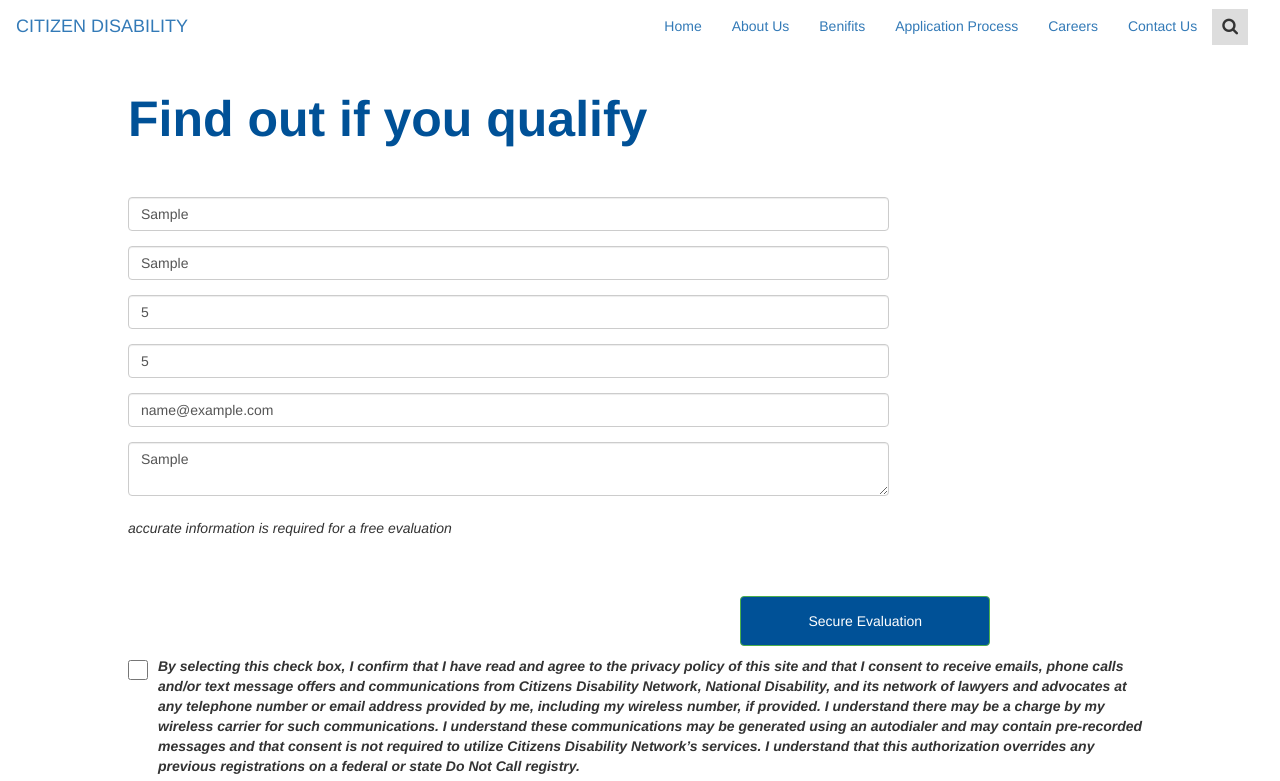
Repository: welcome0605/Embed-html-integrate-with-API
Page: Home1.html
An editor plug-in stored every save of this project. The page is shown before and after the next save, followed by the edit.
The browser window is 1280 px wide. The pictures show the whole page.
Empty fields were first filled with sample values (such as "Sample", 5 or name@example.com).
After loading, the first visible `input.btn_sub` was clicked once.

Above is the page before, as saved 2019-05-04 06:38:17.
Console error: SyntaxError: Unexpected token ';'

### Home1.html
<!DOCTYPE html>
<html lang="en">
<head>
  <title>CITIZEN DISABILITY</title>
  <meta charset="utf-8">
  <meta name="viewport" content="width=device-width, initial-scale=1">
  <link rel="stylesheet" href="https://maxcdn.bootstrapcdn.com/bootstrap/3.4.0/css/bootstrap.min.css">
  <script src="https://ajax.googleapis.com/ajax/libs/jquery/3.3.1/jquery.min.js"></script>
  <script src="https://maxcdn.bootstrapcdn.com/bootstrap/3.4.0/js/bootstrap.min.js"></script>
  <link rel = "stylesheet" type = "text/css" href = "./css/base1.css" />
  <link rel="stylesheet" href="https://cdnjs.cloudflare.com/ajax/libs/font-awesome/4.7.0/css/font-awesome.min.css">
  <script type="text/javascript">
    var apiUrl = "";
    // console.log( localStorage.getItem("dqq"));
    flagCount = 0;
    flag = true;
    var firstname, lastname, zip, ph1, age, email;
    var ip="";
    function firstNameChange() {
        firstname = document.getElementById('firstName').value;
        validCount = firstname.length;
        // console.log(validCount);
        if(validCount == 0) {
            $('.alert_req1').css("display","block");
            flag = true;
        }
        else {
            $('.alert_req1').css("display","none");
            flag = false;
        }
    }

    function lastNameChange() {
        lastname = document.getElementById('lastName').value;
        validCount = lastname.length;
        // console.log(validCount);
        if(validCount == 0) {
            $('.alert_req2').css("display","block");
            flag = true;
        }
        else {
            $('.alert_req2').css("display","none");
            flag = false;
        }
    }

    function zipNameChange() {
        zip = document.getElementById('zipName').value;
        validCount = zip.length;
        // console.log(validCount);
        if(validCount == 0 || validCount > 5) {
            $('.alert_req6').css("display","block");
            flag = true;
        }
        else {
            $('.alert_req6').css("display","none");
            flag = false;
        }
    }

    function phoneNameChange() {
        ph1 = document.getElementById('phoneName').value;
        validCount = ph1.length;
        // console.log(validCount);
        if(validCount == 0 || validCount != 10) {
            $('.alert_req7').css("display","block");
            flag = true;
        }
        else {
            $('.alert_req7').css("display","none");
            flag = false;
        }
    }

    function emailNameChange() {
        email = document.getElementById('emailName').value;
        validCount = email.length;
        const expression = /(?!.*\.{2})^([a-z\d!#$%&'*+\-\/=?^_`{|}~\u00A0-\uD7FF\uF900-\uFDCF\uFDF0-\uFFEF]+(\.[a-z\d!#$%&'*+\-\/=?^_`{|}~\u00A0-\uD7FF\uF900-\uFDCF\uFDF0-\uFFEF]+)*|"((([ \t]*\r\n)?[ \t]+)?([\x01-\x08\x0b\x0c\x0e-\x1f\x7f\x21\x23-\x5b\x5d-\x7e\u00A0-\uD7FF\uF900-\uFDCF\uFDF0-\uFFEF]|\\[\x01-\x09\x0b\x0c\x0d-\x7f\u00A0-\uD7FF\uF900-\uFDCF\uFDF0-\uFFEF]))*(([ \t]*\r\n)?[ \t]+)?")@(([a-z\d\u00A0-\uD7FF\uF900-\uFDCF\uFDF0-\uFFEF]|[a-z\d\u00A0-\uD7FF\uF900-\uFDCF\uFDF0-\uFFEF][a-z\d\-._~\u00A0-\uD7FF\uF900-\uFDCF\uFDF0-\uFFEF]*[a-z\d\u00A0-\uD7FF\uF900-\uFDCF\uFDF0-\uFFEF])\.)+([a-z\u00A0-\uD7FF\uF900-\uFDCF\uFDF0-\uFFEF]|[a-z\u00A0-\uD7FF\uF900-\uFDCF\uFDF0-\uFFEF][a-z\d\-._~\u00A0-\uD7FF\uF900-\uFDCF\uFDF0-\uFFEF]*[a-z\u00A0-\uD7FF\uF900-\uFDCF\uFDF0-\uFFEF])\.?$/i;
        // console.log(expression.test(String(document.getElementById('emailName').value).toLowerCase()));
        if(validCount == 0 || expression.test(String(document.getElementById('emailName').value).toLowerCase()) == false) {
            $('.alert_req8').css("display","block");
            flag = true;
        }
        else {
            $('.alert_req8').css("display","none");
            flag = false;
        }
    }

    function descNameChange() {

    }

    function uuidv4() {
        return ([1e7]+-1e3+-4e3+-8e3+-1e11).replace(/[018]/g, c =>
            (c ^ crypto.getRandomValues(new Uint8Array(1))[0] & 15 >> c / 4).toString(16)
        )
    }

    function submit_to() {

        ad_querystring = window.location.search.substring(1);
        url = window.location.href.split('?')[0];
        mktrefid = uuidv4();
        var params = {}, queries, temp;
        queries = ad_querystring.split("&");
        for ( i = 0; i < queries.length; i++ ) {
            temp = queries[i].split('=');
            params[temp[0]] = temp[1];
        }


        firstNameChange();
        lastNameChange();
        zipNameChange();
        phoneNameChange();
        emailNameChange();
        // flagCount = 0;
        // if(flag = true) alert("ok");
        if(document.getElementById('f_chk').checked && flag == false) {
            // console.log(firstname, lastname, zip, ph1, email);
            // console.log("firstname : ",firstname);
            // console.log("lastname : ", lastname);
            // console.log("zipcode : ", zip);
            // console.log("ph1 : ", ph1);
            // console.log("email : ", email);
            // console.log(params);
            // console.log("url : ",url);
            // console.log("uuid : ", mktrefid);
            // console.log("describe : ", document.getElementById('descName').value);
            disdesc = document.getElementById('descName').value;
            $.getJSON('http://ipinfo.io', function(data){
                // console.log("ip : ", data.ip);
            });
            var dataTo = {
                mktrefid: mktrefid,
                // source: params['fsource'],
                firstname: this.firstname,
                lastname: this.lastname,
                email: email,
                disposition: "CPD",
                disdesc;
                dqq: "",
                zip: zip,
                ph1: ph1
                // age:
            }
            // data.push(params);

            // dataTo = Object.assign(params);
            $.extend(dataTo, params);
            console.log(dataTo);
    //         "mktrefid": "3bf26586-3fc9-46d7-9abf-2cf89208f6ba",
    // "source": "a0l30000003Kb7G",
    // "firstname": "Steve",
    // "lastname": "Test",
    // "zip": "02451",
    // "ph1": "7817958683",
    // "age": "54",
    // "email": "sweaver@citizensdisability.com",
    // "disposition": "CPD",
    // "dqq": "",
    // "wls": "Citizens-new-form",
    // "disdesc","I have pain and I can not work",
    // "consent","By selecting this check box, I confirm that I have read and agree to the privacy policy of this site and that I consent to receive emails, phone calls and/or text message offers and communications from Citizens Disability Network, National Disability, and its network of lawyers and advocates at any telephone number or email address provided by me, including my wireless number, if provided. I understand there may be a charge by my wireless carrier for such communications. I understand these communications may be generated using an autodialer and may contain pre-recorded messages and that consent is not required to utilize Citizens Disability Network's services. I understand that this authorization overrides any previous registrations on a federal or state Do Not Call registry.",
    // "ip":"127.0.0.1",
    // "url":"https://www.citizensdisability.com/new-form",
    // "utm_campaign":"168",
    // "utm_content":"3352",
    // "utm_medium":"cpc",
    // "utm_source":"google",
    // "utm_term":"disability benefits",
    // "ad_querystring":"fsource=a0l30000003Kb7G&utm_source=google&utm_medium=cpc&utm_campaign=168&utm_term=disability benefits&utm_content=3352&position=none&st-t=googleppc&gclid=EAIaIQobChMIvp-Sx7z14QIVQrHVCh0EAAstEAEYASAAEgK6oPD_BAE",
    // "ad_group":"SSDI Help",
    // "ad_keywords":"DISPLAY NETWORK",
    // "ad_keywords_match_type":"PHRASE",
    // "conversion_page":"/social-security-disability-income-benefits/c-form_confirmation.html",
    // "gclid":"EAIaIQobChMIvp-Sx7z14QIVQrHVCh0EAAstEAEYASAAEgK6oPD_BAE",
    // "serp_position":"none",
    // "oppid":"12"
            // console.log(data);
            if(localStorage.getItem("dqq") == "") {
                apiUrl = "https://api.citizensdisability.com/op/lead";

            }
            else {
                apiUrl = "https://api.citizensdisability.com/lead";
            }

            // window.location.href="Home2.html";
        }
    }
  </script>

</head>
<body>

<nav class="navbar navbar-info">
  <div class="container-fluid">
    <div class="navbar-header">
      <a class="navbar-brand" href="Home.html">CITIZEN DISABILITY</a>
    </div>
    <ul class="nav navbar-nav div_right">
      <li class="active"><a href="Home.html">Home</a></li>
      <li><a href="About Us.html">About Us</a></li>
      <li><a href="Benifits.html">Benifits</a></li>
      <li><a href="Application Process.html">Application Process</a></li>
      <li><a href="Careers.html">Careers</a></li>
      <li><a href="Contact Us.html">Contact Us</a></li>
      <!-- <input type="text" placeholder="Search.." name="search"> -->
      <button type="button"><i class="fa fa-search"></i></button>
    </ul>
  </div>
</nav>

<div class="container">
  <!-- <h3>Basic Navbar Example1</h3>
  <p>A navigation bar is a navigation header that is placed at the top of the page.</p> -->
  <form method="POST">
    <!-- <div class="div_entire"> -->
      <input type="hidden" name="dqq" value="dqq">
      <input type="hidden" name="dqq" value="dqq">
      <input type="hidden" name="dqq" value="dqq">
      <input type="hidden" name="dqq" value="dqq">
      <input type="hidden" name="dqq" value="dqq">
      <input type="hidden" name="dqq" value="dqq">
      <input type="hidden" name="dqq" value="dqq">
      <input type="hidden" name="dqq" value="dqq">
      <input type="hidden" name="dqq" value="dqq">
      <input type="hidden" name="dqq" value="dqq">

      <div class="row"><h2 class="title">Find out if you qualify</h2></div>

      <div class="row second_input" >
        <div class="row form-group">
            <div class="col-md-9">
                <input type="text" class="form-control" id="firstName" placeholder="First Name" onkeyup="firstNameChange()">
            </div>
        </div>
        <div class="row alert_req1">
          <div class=" "></div>
          <div class="alert alert-warning col-md-5 alert1 ">
            This field is required.
          </div>
        </div>
      </div>


      <div class="row second_input" >
        <div class="row form-group">
            <div class="col-md-9">
                <input type="text" class="form-control" id="lastName"  placeholder="Last Name" onkeyup="lastNameChange()">
            </div>
        </div>
        <div class="row alert_req2">
          <div class=" "></div>
          <div class="alert alert-warning col-md-5 alert2">
            This field is required.
          </div>
        </div>
      </div>

      <!-- <div class="row second_input addr" >
        <div class="row form-group">
            <div class="col-md-9">
                <input type="text" class="form-control" id="addrName"  placeholder="Address"  onkeyup="addrNameChange()">
            </div>
        </div>
        <div class="row alert_req3">
            <div class=" "></div>
            <div class="alert alert-warning col-md-5 alert3">
            This field is required.
            </div>
        </div>
      </div>

      <div class="row second_input addr" >
        <div class="row form-group">
            <div class="col-md-9">
                <input type="text" class="form-control" id="cityName"  placeholder="City"  onkeyup="cityNameChange()">
            </div>
        </div>
        <div class="row alert_req4">
            <div class=" "></div>
            <div class="alert alert-warning col-md-5 alert4">
            This field is required.
            </div>
        </div>
      </div>
      <div class="row second_input addr" >
        <div class="row form-group">
            <div class="col-md-9">
                <input type="text" class="form-control" id="stateName"  placeholder="State"  onkeyup="stateNameChange()">
            </div>
        </div>
        <div class="row alert_req5">
            <div class=" "></div>
            <div class="alert alert-warning col-md-5 alert5">
            This field is required.
            </div>
        </div>
      </div> -->

      <div class="row second_input" >
        <div class="row form-group">
            <div class="col-md-9">
                <input type="number" class="form-control" id="zipName" placeholder="Zip Code"   onkeyup="zipNameChange()">
            </div>
        </div>
        <div class="row alert_req6">
            <div class=" "></div>
            <div class="alert alert-warning col-md-5 alert6">
            This field is required.
            </div>
        </div>
      </div>

      <div class="row second_input" >
        <div class="row form-group">
            <div class="col-md-9">
                <input type="number" class="form-control" id="phoneName"  placeholder="Phone"  onkeyup="phoneNameChange()">
            </div>
        </div>
        <div class="row alert_req7">
          <div class=" "></div>
          <div class="alert alert-warning col-md-5 alert7">
            This field is required.
          </div>
        </div>
      </div>

      <div class="row second_input" >
        <div class="row form-group">
            <div class="col-md-9">
                <input type="email" class="form-control" id="emailName"  placeholder="Email" onkeyup="emailNameChange()">
            </div>
        </div>
        <div class="row alert_req8">
            <div class=" "></div>
            <div class="alert alert-warning col-md-5 alert8">
            This field is required.
            </div>
        </div>
      </div>

      <div class="row second_input" >
        <div class="row form-group">
            <div class="col-md-9">
                <textarea type="text" class="form-control" id="descName" placeholder="Describe Your Disability"  onkeyup="descNameChange()"></textarea>
            </div>
        </div>
        <div class="row alert_req9">
            <div class=" "></div>
            <div class="alert alert-warning col-md-5 alert9">
            This field is required.
            </div>
        </div>
      </div>

      <div class="row second_input" >
        <h5 class="h5_italic">accurate information is required for a free evaluation</h5>
      </div>

      <div class="row">
        <div class="col-md-7"></div>
        <!-- <div class="col-md-4 btn_submit"><input type="submit" class="btn_sub btn btn-success" value="Next"></div> -->
        <div class="col-md-4 btn_submit"><input type="button" class="btn_sub btn btn-success" value="Secure Evaluation" onclick="submit_to()"></div>
      </div>
      <div class="row div_flex">
        <div><input type="checkbox" value="" id="f_chk"></div>
        <div><label class="label_italic">By selecting this check box, I confirm that I have read and agree to the privacy policy of this site and that I consent to receive emails, phone calls and/or text message offers and communications from Citizens Disability Network, National Disability, and its network of lawyers and advocates at any telephone number or email address provided by me, including my wireless number, if provided. I understand there may be a charge by my wireless carrier for such communications. I understand these communications may be generated using an autodialer and may contain pre-recorded messages and that consent is not required to utilize Citizens Disability Network’s services. I understand that this authorization overrides any previous registrations on a federal or state Do Not Call registry.</label></div>
      </div>

      <!-- <input type="submit" value="Submit"> -->
    <!-- </div> -->
  </form>
</div>

</body>
</html>

<!--
"mktrefid": "uuid",
"source": "value of fsource from querystring",
"firstname": "value entered in first name",
"lastname": "value entered in last name",
"zip": "value entered in zip zode",
"ph1": "value entered in phone",
"age": "age selected on form",
"email": "email enetered on form",
"disposition": "static value",
"wls": "Value provided by citizens",
"disdesc","Text entered from Describe Your Disability",
"consent","By selecting this checkbox .....",
"ip":"THE USER'S IP ADDRESS",
"url":"URL OF THE FORM",
"utm_campaign":"value parsed from querystring",
"utm_content":"value parsed from querystring",
"utm_source":"value parsed from querystring",
"utm_term":"value parsed from querystring",
"ad_querystring":"the querystring",
"ad_group":"value parsed from querystring",
"ad_keywords":"value parsed from querystring",
"ad_keywords_match_type":"value parsed from querystring",
"conversion_page":"value parsed from querystring",
"gclid":"value parsed from querystring",
"serp_position":"value parsed from querystring",
"oppid":"12" -->

### css/base1.css
/* body {
    font-family: 'Open Sans', sans-serif !important;
} */

navbar-default .navbar-nav>.active>a, .navbar-default .navbar-nav>.active>a:focus, .navbar-default .navbar-nav>.active>a:hover {
    background-color: #005197 !important;
    color: white;
}

.navbar-default .navbar-nav>li>a {
    color: black;
    font-size: 20px;
}

.div_right input[type=text] {
    padding: 6px;
    margin-top: 8px;
    font-size: 17px;
    border: none;
}

.div_right button {
    float: right;
    padding: 6px 10px;
    margin-top: 8px;
    margin-right: 16px;
    background: #ddd;
    font-size: 17px;
    border: none;
    cursor: pointer;
}

.div_right {
    float: right;
}

.radio_buttons {
    /* display: inline-flex; */
    margin-bottom:30px;
}

.div_label {
    font-size: 20px;
    /* margin-right: 500px; */
}

.btn-group-toggle {
    display: inline-flex;
}

.radio_q {
    width: 500px;
    margin-right: 20px;
    width: 100px;
    height: 40px;
}

/* .radio_q {
    background: #D2D3D5 !important;
}

.radio_q:active {
    background: #85898C !important;
}

.radio_q::after {
    background: #85898C !important;
} */

.title {
    color: #005197;
    font-weight: 700;
    margin-bottom: 50px;
    font-size: 50px;
}

.container {
    margin: auto 10% auto 10% !important;
    width: 80%;
}

.alert {
    padding: 0 0 0 50px;
    margin-bottom: 0;
}

.btn_sub {
    margin-top: 50px;
    background-color:  #005197 !important;
    width: 250px;
    height: 50px;
}

.alert_req1, .alert_req2, .alert_req3, .alert_req4, .alert_req5, .alert_req6, .alert_req7, .alert_req8, .alert_req9 {
    display: none;
}

.h5_italic {
    font-style: italic;
}

.label_italic {
    /* margin-top: 50px; */
    font-style: italic;
}

input[type='checkbox'] {
    width: 20px;
    height: 20px;
    margin-right: 10px;
}

.div_flex {
    margin-top:10px;
    display: flex;
}

.addr {
    display: none;
}

After the next save:
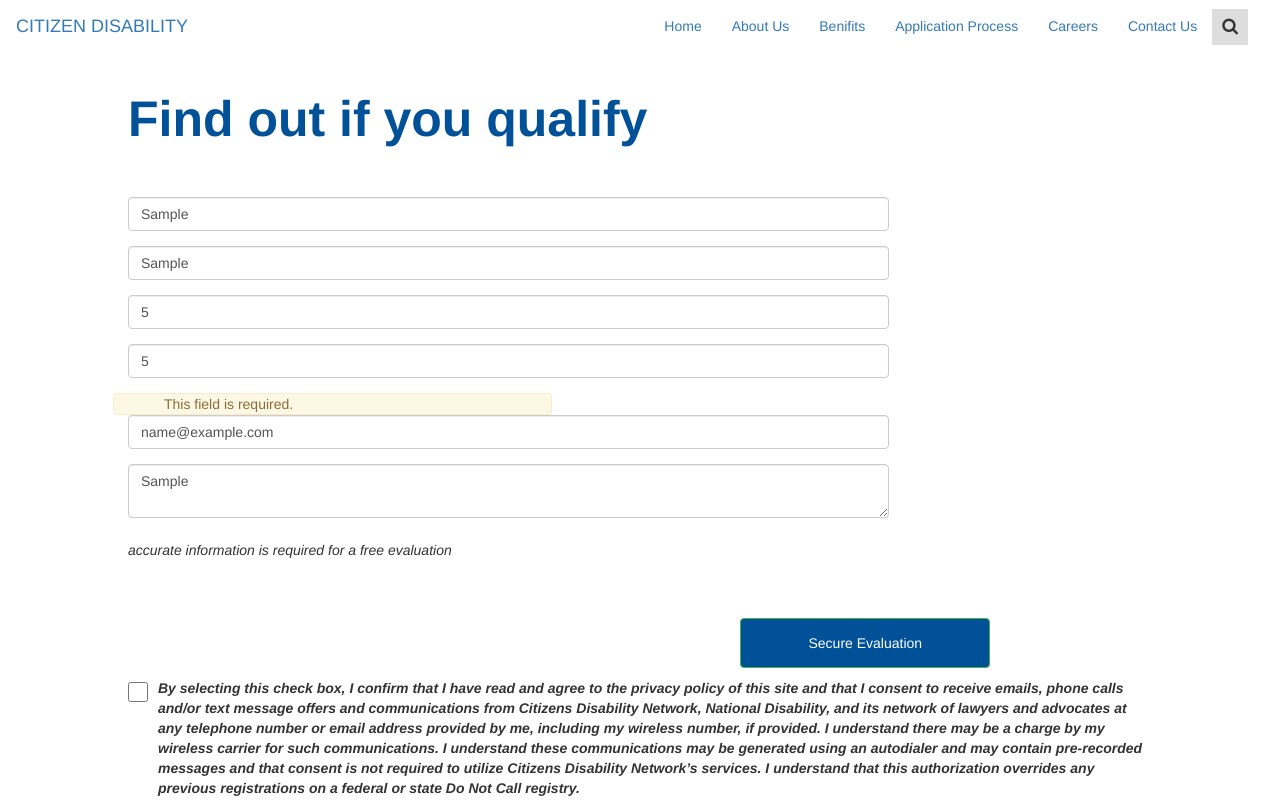
The error is gone.
Saved 41 s later.
--- a/Home1.html
+++ b/Home1.html
@@ -139,7 +139,7 @@
                 lastname: this.lastname,
                 email: email,
                 disposition: "CPD",
-                disdesc;
+                disdesc: "By selecting this check box, I confirm that I have read and agree to the privacy policy of this site and that I consent to receive emails, phone calls and/or text message offers and communications from Citizens Disability Network, National Disability, and its network of lawyers and advocates at any telephone number or email address provided by me, including my wireless number, if provided. I understand there may be a charge by my wireless carrier for such communications",
                 dqq: "",
                 zip: zip,
                 ph1: ph1
